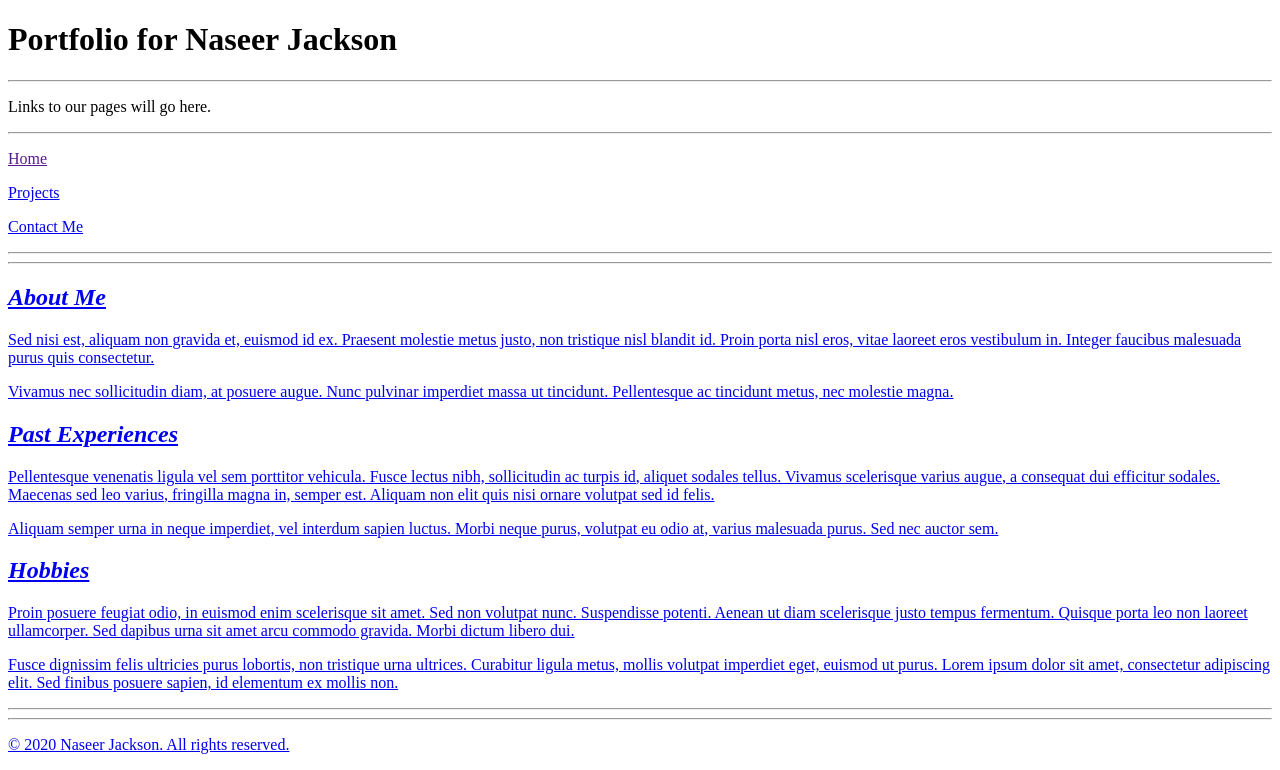
Repository: nj10deadend/Mthree-Intro-to-WebDev
Page: classwork/portfolio/index.html
An editor plug-in stored every save of this project. The page is shown before and after the next save, followed by the edit.
The browser window is 1280 px wide. The pictures show the whole page.

Above is the page before, as saved 2021-12-01 09:10:22.

After the next save:
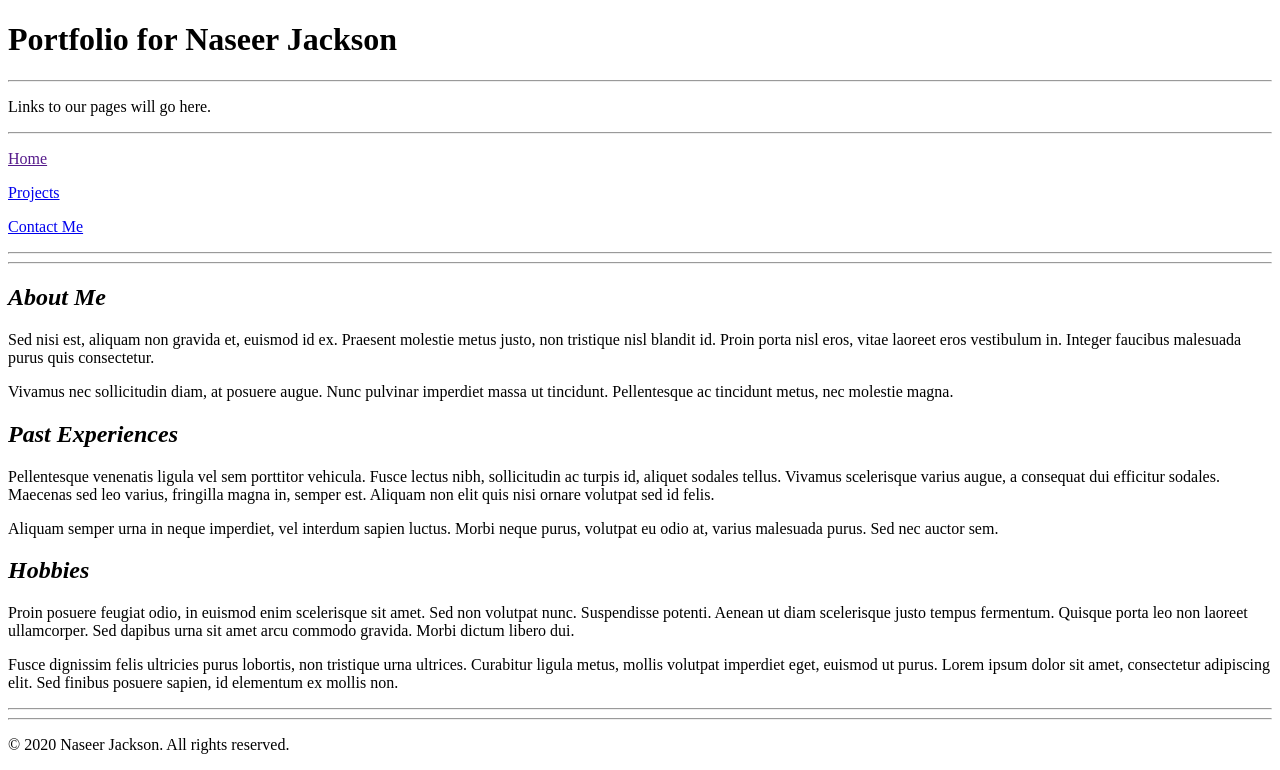
Saved 21 s later.
--- a/classwork/portfolio/index.html
+++ b/classwork/portfolio/index.html
@@ -34,7 +34,7 @@
         <hr>
         <p><a href="">Home</a></p>
         <p><a href="projects.html">Projects</a></p>
-        <p><a href="contact.html">Contact Me</p>
+        <p><a href="contact.html">Contact Me</a></p>
         <hr>
     </nav>
     <hr>
